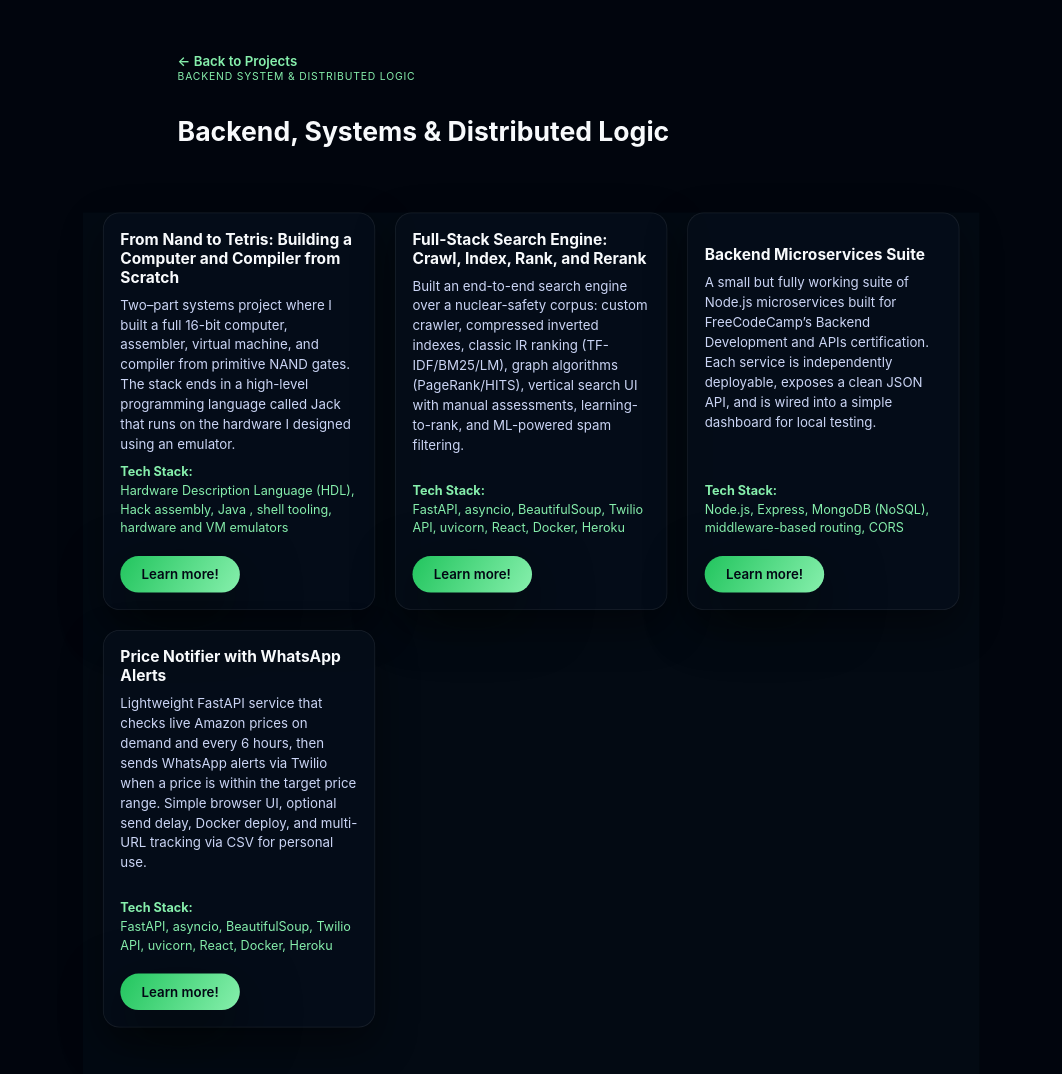
Repository: Abdulaziz-04/Abdulaziz-04.github.io
Page: projects/backend_systems.html
These files come from the project's save history. The page is drawn as it stood at one moment and after a run of saves; the edit follows.
The browser window is 1280 px wide. The pictures show the whole page, at 83% of full size.

Above is the page before, as saved 2025-11-21 17:47:27.

After the next 2 saves:
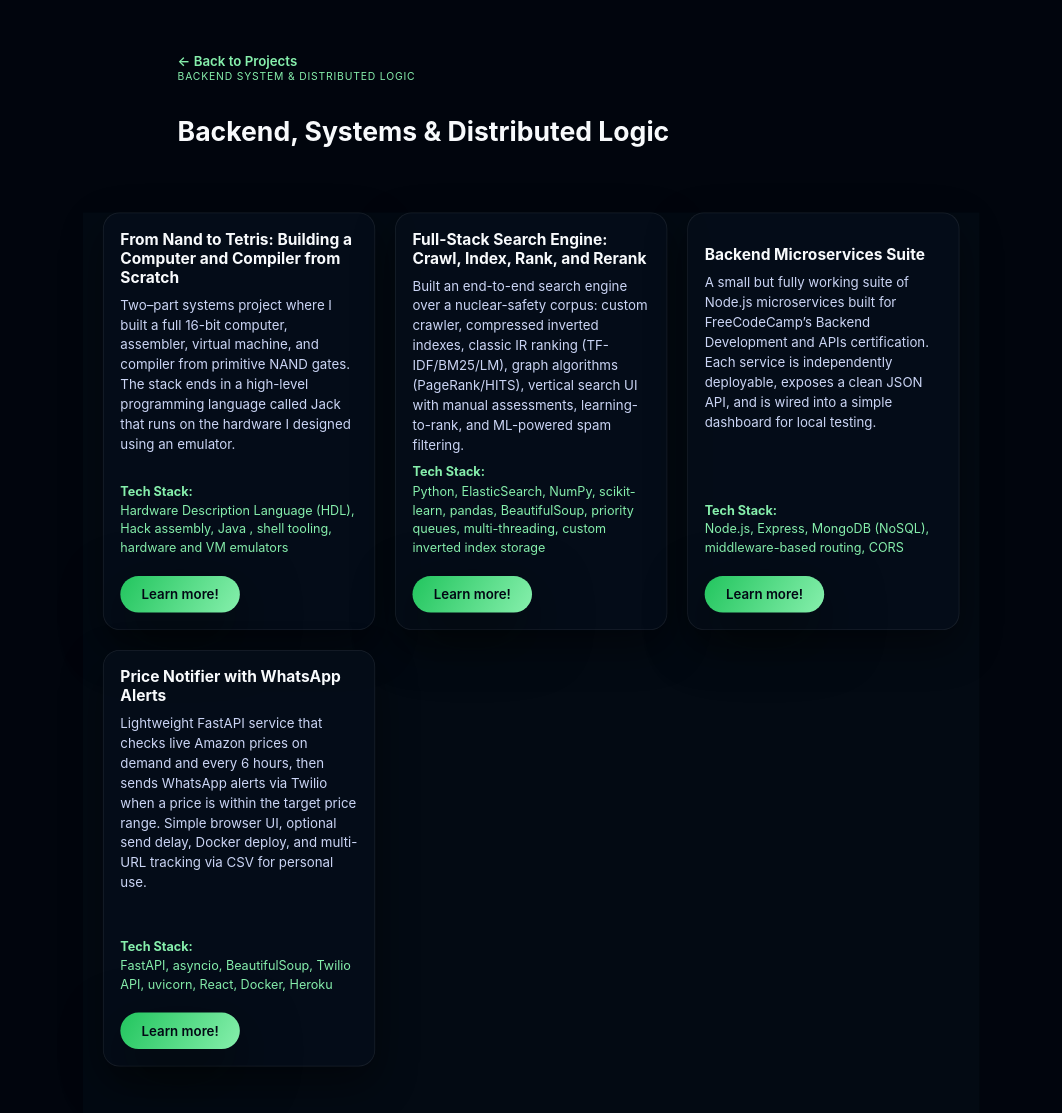
The 2 saves are shown as one change because they came seconds apart.
The last was saved 25 s later.
--- a/projects/backend_systems.html
+++ b/projects/backend_systems.html
@@ -55,8 +55,9 @@
               ML-powered spam filtering.
             </p>
             <p class="project-modal__tech">
-              <strong>Tech Stack:</strong> FastAPI, asyncio, BeautifulSoup,
-              Twilio API, uvicorn, React, Docker, Heroku
+              <strong>Tech Stack:</strong>
+              Python, ElasticSearch, NumPy, scikit-learn, pandas, BeautifulSoup,
+              priority queues, multi-threading, custom inverted index storage
             </p>
             <div class="project-modal__actions">
               <a
